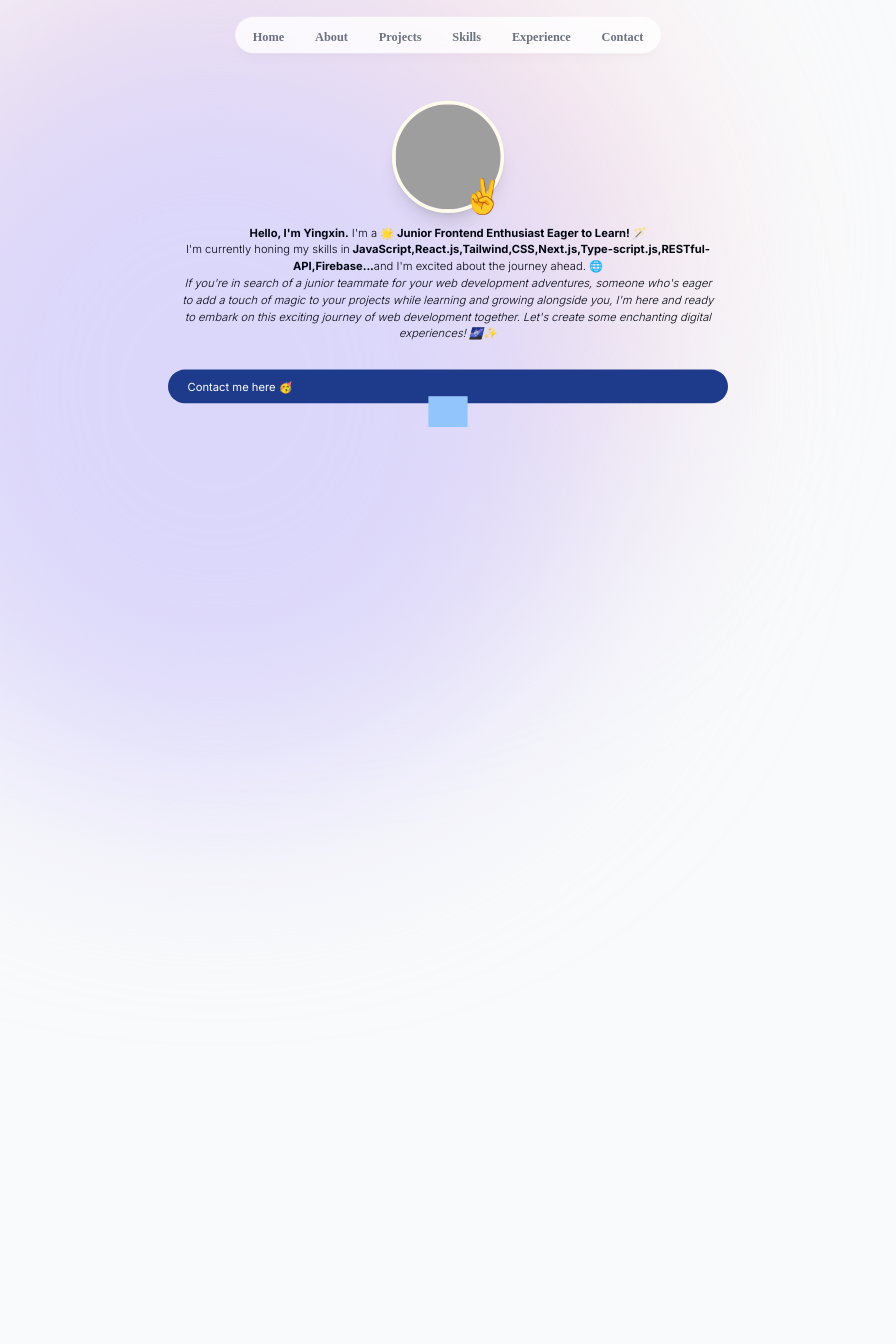
Repository: Tracy-maker/portfolio_website
Page: /
These files come from the project's save history. The page is drawn as it stood at one moment and after the next save; the edit follows.
The browser window is 1280 px wide. The pictures show the part of the page from y = 0 to 1920 px (the page is 5000 px tall), at 70% of full size.
Pictures or frames that could not be fetched are drawn as grey boxes. The project was rebuilt for these pictures with package versions that can differ from the ones it lists, and the page was loaded fresh each time. The framework's server and built-in components were replaced by stand-ins that run in the browser. Also part of the build but not shown: next.config.js.

Above is the page before, as saved 2023-10-06 11:03:11.

### app/layout.tsx
import Header from "@/components/header";
import "./globals.css";
import type { Metadata } from "next";
import { Inter } from "next/font/google";

const inter = Inter({ subsets: ["latin"] });

export const metadata: Metadata = {
  title: "Yingxin_Zhang | Portfolio",
  description: "Yingxin_Zhang is a front-end developer",
};

export default function RootLayout({
  children,
}: {
  children: React.ReactNode;
}) {
  return (
    <html lang="en">
      <body
        className={`${inter.className} bg-gray-50 text-gray-950 relative h-[5000px] pt-28 sm:pt-36`}
      >
        <div className="bg-[#fbe2e3] absolute top-[-6rem] -z-10 right-[21rem] h-[56.25rem] w-[31.25rem] rounded-full blur-[10rem] sm:w-[68.75rem]"></div>
        <div className="bg-[#dbd7fb] absolute top-[-1rem] -z-10 left-[-45rem] h-[71.25rem] w-[-30rem] rounded-full blur-[10rem] sm:w-[68.75rem] md:left-[-33rem] lg:left-[-28rem] xl:left-[-15rem] 2xl:left-[-5rem]"></div>
        <Header />
        {children}
      </body>
    </html>
  );
}

### app/page.tsx
import Intro from "@/components/intro";
import Image from "next/image";

export default function Home() {
  return (
    <main className="flex flex-col items-center">
      <Intro />
    </main>
  );
}

### components/header.tsx
"use client";
import { motion } from "framer-motion";
import { links } from "@/lib/data";
import Link from "next/link";


export default function Header() {
  return (
    <header className="z-[999] relative">
      <motion.div
        className="fixed top-0 left-1/2 h-[4.5rem] w-full
        rounded-none border border-white border-opacity-40
        bg-white bg-opacity-80 shadow-lg shadow-black/[0.03]
        backdrop-blur-[0.5rem] sm:top-6 sm:h-[3.25rem] sm:w-[38rem] sm:rounded-full"
        initial={{ y: -100, x: "-50%", opacity: 0 }}
        animate={{ y: 0, x: "-50%", opacity: 1 }}
      ></motion.div>

      <nav className="flex font-custom fixed top-[0.15rem] left-1/2 h-12 -translate-x-1/2 py-2 sm:top-[1.7rem] sm:h-[initial] sm:py-0">
        <ul className="flex w-[22rem] flex-wrap items-center justify-center gap-y-1 text-[1.1rem] font-bold text-gray-500 sm:w-[initial] sm:flex-nowrap sm:gap-5">
          {links.map((link) => (
            <motion.li
              className="h-3/4 flex items-center justify-center relative"
              key={link.hash}
              initial={{ y: -100, opacity: 0 }}
              animate={{ y: 0, opacity: 1 }}
            >
              <Link
                className="flex w-full items-center justify-center px-3 py-3 hover:text-gray-950 transition"
                href={link.hash}
              >
                {link.name}
              </Link>
            </motion.li>
          ))}
        </ul>
      </nav>
    </header>
  );
}

### components/intro.tsx
"use client";

import Image from "next/image";
import React from "react";
import { motion } from "framer-motion";
import Link from "next/link";

export default function Intro() {
  return (
    <section className="mb-28 max-w-[50rem] text-center sm:mb-0 scroll-mt-[100rem]">
      <div className="flex items-center justify-center">
        <div className="relative">
          <motion.div
            initial={{ opacity: 0, scale: 0 }}
            animate={{ opacity: 1, scale: 1 }}
            transition={{
              type: "tween",
              duration: 0.2,
            }}
          >
            <Image
              src="https://i.ibb.co/MRHHtS5/Wechat-IMG7.jpg"
              alt="Personal image"
              width="300"
              height="300"
              quality="90"
              priority={true}
              className="h-40 w-40 rounded-full object-cover border-[0.35rem] border-amber-50 shadow-xl"
            />
          </motion.div>

          <motion.span
            className="absolute bottom-0 right-0 text-5xl"
            initial={{ opacity: 0, scale: 0 }}
            animate={{ opacity: 1, scale: 1 }}
            transition={{
              type: "spring",
              stiffness: 125,
              delay: 0.1,
              duration: 0.7,
            }}
          >
            ✌️
          </motion.span>
        </div>
      </div>
      <motion.h6
        className="mb-10 mt-4 px-4 text-s font-light !leading-[1.5] sm:text-m"
        initial={{ opacity: 0, y: 100 }}
        animate={{ opacity: 1, y: 0 }}
      >
        <span className="font-bold">Hello, I'm Yingxin.</span> I'm a{" "}
        <span className="font-bold">
          🌟 Junior Frontend Enthusiast Eager to Learn! 🪄
        </span>
        <br />
        I'm currently honing my skills in
        <span className="font-bold">
          {" "}
          JavaScript,React.js,Tailwind,CSS,Next.js,Type-script.js,RESTful-API,Firebase...
        </span>
        and I'm excited about the journey ahead. 🌐
        <br />
        <span className="italic">
          If you're in search of a junior teammate for your web development
          adventures, someone who's eager to add a touch of magic to your
          projects while learning and growing alongside you, I'm here and ready
          to embark on this exciting journey of web development together. Let's
          create some enchanting digital experiences! 🌌✨
        </span>
      </motion.h6>

      <div>
        <Link
          href="#contact"
          className="bg-blue-900 text-white px-7 py-3 flex items-center gap-2 rounded-full"
        >
          Contact me here 🥳
        </Link>
        <a className="bg-blue-300 px-7 py-3 flrx"></a>
      </div>
    </section>
  );
}

### lib/data.ts
import React from "react";
import { CgWorkAlt } from "react-icons/cg";
import { FaReact } from "react-icons/fa";
import { LuGraduationCap } from "react-icons/lu";
import p1Img from "@/public/p1.png";
import p2Img from "@/public/p2.png";
import p3Img from "@/public/p3.png";

export const links = [
  {
    name: "Home",
    hash: "#home",
  },
  {
    name: "About",
    hash: "#about",
  },
  {
    name: "Projects",
    hash: "#projects",
  },
  {
    name: "Skills",
    hash: "#skills",
  },
  {
    name: "Experience",
    hash: "#experience",
  },
  {
    name: "Contact",
    hash: "#contact",
  },
] as const;

export const experiencesData = [
  {
    title: "Graduated bootcamp",
    location: "Miami, FL",
    description:
      "I graduated after 6 months of studying. I immediately found a job as a front-end developer.",
    icon: React.createElement(LuGraduationCap),
    date: "2019",
  },
  {
    title: "Front-End Developer",
    location: "Orlando, FL",
    description:
      "I worked as a front-end developer for 2 years in 1 job and 1 year in another job. I also upskilled to the full stack.",
    icon: React.createElement(CgWorkAlt),
    date: "2019 - 2021",
  },
  {
    title: "Full-Stack Developer",
    location: "Houston, TX",
    description:
      "I'm now a full-stack developer working as a freelancer. My stack includes React, Next.js, TypeScript, Tailwind, Prisma and MongoDB. I'm open to full-time opportunities.",
    icon: React.createElement(FaReact),
    date: "2021 - present",
  },
] as const;

export const projectsData = [
  {
    title: "CorpComment",
    description:
      "I worked as a full-stack developer on this startup project for 2 years. Users can give public feedback to companies.",
    tags: ["React", "Next.js", "MongoDB", "Tailwind", "Prisma"],
    imageUrl: p1Img,
  },
  {
    title: "rmtDev",
    description:
      "Job board for remote developer jobs. I was the front-end developer. It has features like filtering, sorting and pagination.",
    tags: ["React", "TypeScript", "Next.js", "Tailwind", "Redux"],
    imageUrl: p2Img,
  },
  {
    title: "Word Analytics",
    description:
      "A public web app for quick analytics on text. It shows word count, character count and social media post limits.",
    tags: ["React", "Next.js", "SQL", "Tailwind", "Framer"],
    imageUrl: p3Img,
  },
] as const;

export const skillsData = [
  "HTML",
  "CSS",
  "JavaScript",
  "TypeScript",
  "React",
  "Next.js",
  "Git",
  "MUI-material",
  "Tailwind",
  "REST-API",
  "PostgreSQL",
  "Framer Motion",
] as const;

### tailwind.config.ts
import type { Config } from 'tailwindcss'

const config: Config = {
  content: [
    './pages/**/*.{js,ts,jsx,tsx,mdx}',
    './components/**/*.{js,ts,jsx,tsx,mdx}',
    './app/**/*.{js,ts,jsx,tsx,mdx}',
  ],
  theme: {
    extend: {
      backgroundImage: {
        'gradient-radial': 'radial-gradient(var(--tw-gradient-stops))',
        'gradient-conic':
          'conic-gradient(from 180deg at 50% 50%, var(--tw-gradient-stops))',
      },
      fontFamily: {
        custom: ["Gabarito", "cursive"],
      },
    },
  },
  plugins: [],
}
export default config

Loaded but not shown: app/globals.css (common file)

After the next save:
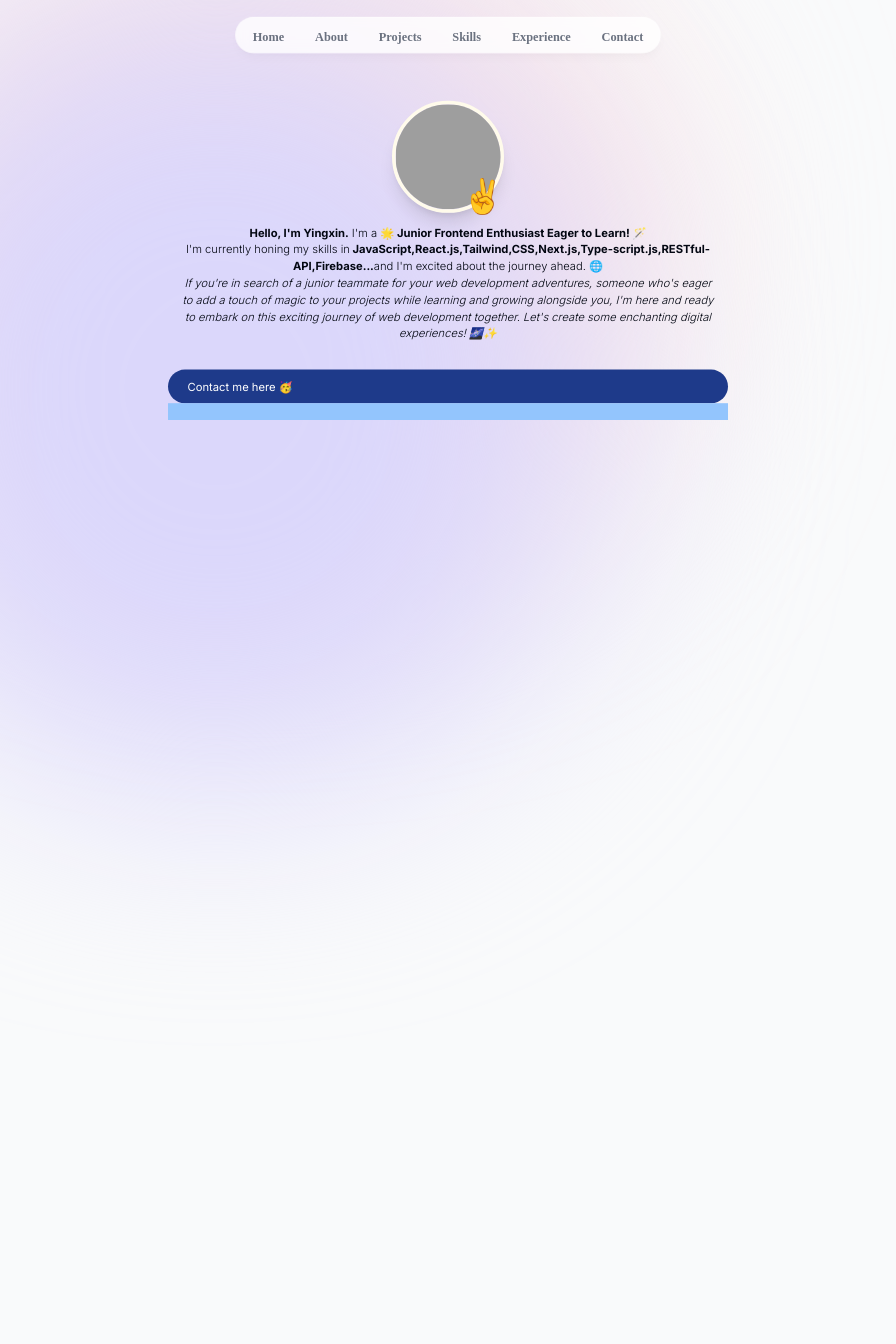
Saved 19 s later.
--- a/components/intro.tsx
+++ b/components/intro.tsx
@@ -77,7 +77,7 @@ export default function Intro() {
         >
           Contact me here 🥳
         </Link>
-        <a className="bg-blue-300 px-7 py-3 flrx"></a>
+        <a className="bg-blue-300 px-7 py-3 flex items-center gap-2"></a>
       </div>
     </section>
   );
